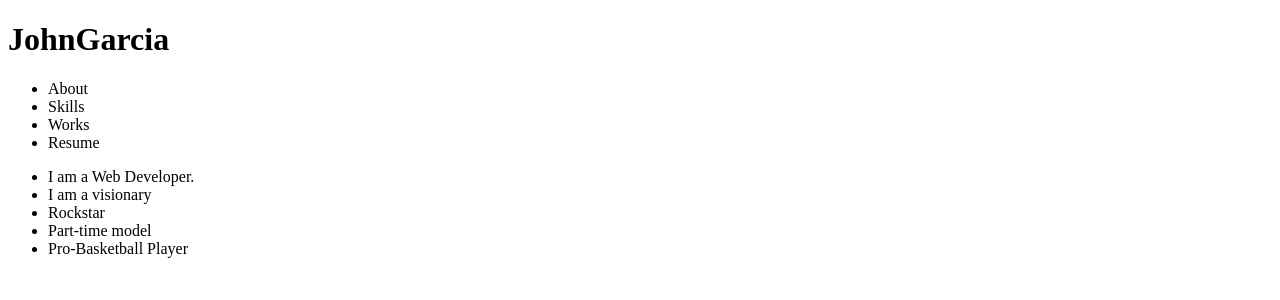
Repository: johnraygarcia/johnraygarcia.github.io
Page: index.html
The author's editor kept a copy of each file at every save. The page is drawn from the files as they stood at one save, then again after the next save.
The browser window is 1280 px wide. The pictures show the whole page.

Above is the page before, as saved 2019-04-06 08:55:07.

After the next save:
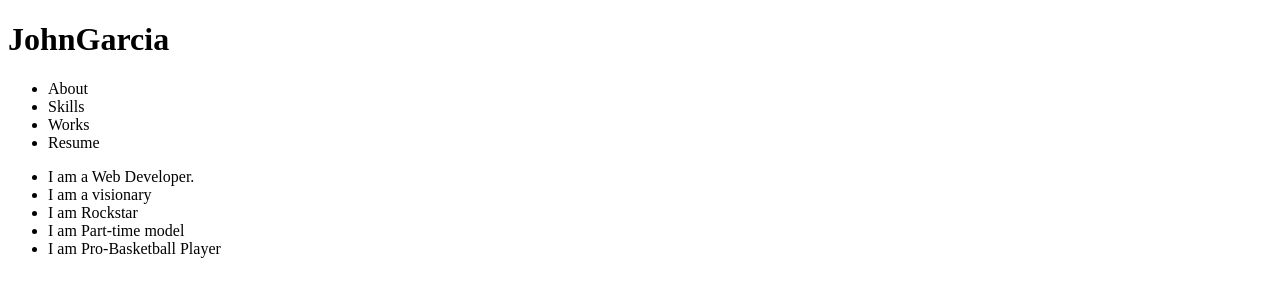
Saved 11 s later.
--- a/index.html
+++ b/index.html
@@ -18,9 +18,9 @@
         <ul>
             <li>I am a Web Developer.</li>
             <li>I am a visionary</li>
-            <li>Rockstar</li>
-            <li>Part-time model</li>
-            <li>Pro-Basketball Player</li>
+            <li>I am Rockstar</li>
+            <li>I am Part-time model</li>
+            <li>I am Pro-Basketball Player</li>
         </ul>
 
     </div>
